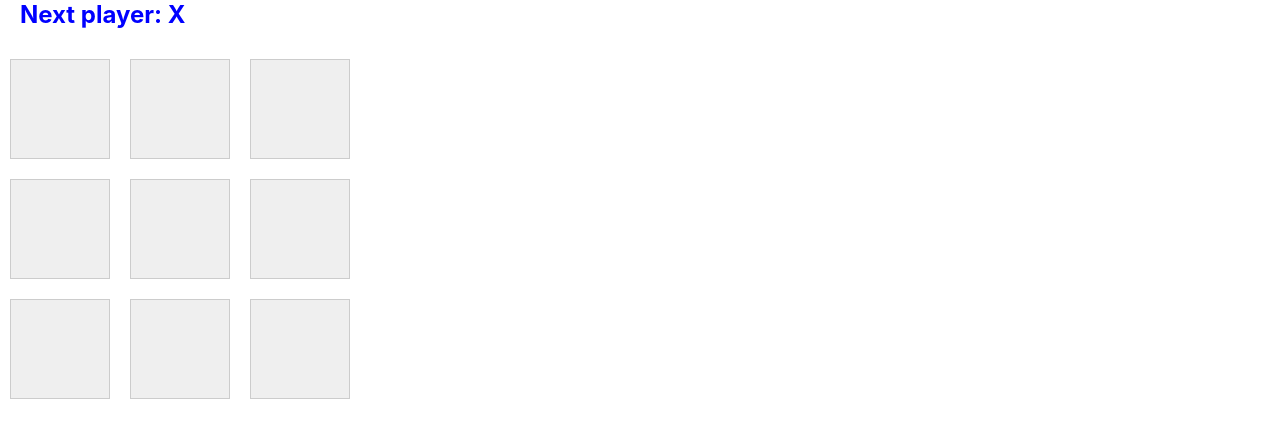
Repository: sedat-akdogan/React_Revision
Page: / (app in tic-tac-toe/)
The author's editor kept a copy of each file at every save. The page is drawn from the files as they stood at one save, then again after a run of saves.
The browser window is 1280 px wide. The pictures show the whole page.
The project was rebuilt for these pictures with package versions that can differ from the ones it lists, and the page was loaded fresh each time.

Above is the page before, as saved 2023-05-13 00:38:54.

### tic-tac-toe/src/index.css
body {
    margin: 0;
    font-family: -apple-system, BlinkMacSystemFont, 'Segoe UI', 'Roboto', 'Oxygen',
        'Ubuntu', 'Cantarell', 'Fira Sans', 'Droid Sans', 'Helvetica Neue',
        sans-serif;
    -webkit-font-smoothing: antialiased;
    -moz-osx-font-smoothing: grayscale;
}

code {
    font-family: source-code-pro, Menlo, Monaco, Consolas, 'Courier New',
        monospace;
}

.square {
    width: 100px;
    height: 100px;
    font-size: 24px;
    border: 1px solid #ccc;
    display: inline-block;
    justify-content: center;
    align-items: center;
}

.board-row {
    display: flex;
}

.board-row .square {
    margin: 10px;
}

.board-row:last-child .square {
    margin-bottom: 0;
}

.status {
    color: blue;
    font-size: 24px;
    margin-bottom: 20px;
    margin-left: 20px;
    font-weight: bold;
}

### tic-tac-toe/src/App.js
import { useState } from 'react';


function Square({ value, onSquareClick }) {
    return (
        <button className="square" onClick={onSquareClick}>
            {value}
        </button>
    );
}

export default function Board() {
    const [xIsNext, setXIsNext] = useState(true);
    const [squares, setSquares] = useState(Array(9).fill(null));

    function handleClick(i) {
        if (squares[i] || calculateWinner(squares)) {
            return;
        }
        const nextSquares = squares.slice();
        if (xIsNext) {
            nextSquares[i] = 'X';
        } else {
            nextSquares[i] = 'O';
        }
        setSquares(nextSquares);
        setXIsNext(!xIsNext);
    }

    const winner = calculateWinner(squares);
    let status;
    if (winner) {
        status = "Winner: " + winner;
    } else {
        status = "Next player: " + (xIsNext ? "X" : "O");
    }

    return (
        <>
            <div className="status">{status}</div>
            <div className="board-row">
                <Square value={squares[0]} onSquareClick={() => handleClick(0)} />
                <Square value={squares[1]} onSquareClick={() => handleClick(1)} />
                <Square value={squares[2]} onSquareClick={() => handleClick(2)} />
            </div>
            <div className="board-row">
                <Square value={squares[3]} onSquareClick={() => handleClick(3)} />
                <Square value={squares[4]} onSquareClick={() => handleClick(4)} />
                <Square value={squares[5]} onSquareClick={() => handleClick(5)} />
            </div>
            <div className="board-row">
                <Square value={squares[6]} onSquareClick={() => handleClick(6)} />
                <Square value={squares[7]} onSquareClick={() => handleClick(7)} />
                <Square value={squares[8]} onSquareClick={() => handleClick(8)} />
            </div>
        </>
    );
}

function calculateWinner(squares) {
    const lines = [
        [0, 1, 2],
        [3, 4, 5],
        [6, 7, 8],
        [0, 3, 6],
        [1, 4, 7],
        [2, 5, 8],
        [0, 4, 8],
        [2, 4, 6]
    ];
    for (let i = 0; i < lines.length; i++) {
        const [a, b, c] = lines[i];
        if (squares[a] && squares[a] === squares[b] && squares[a] === squares[c]) {
            return squares[a];
        }
    }
    return null;
}

Loaded but not shown: tic-tac-toe/public/index.html (common file); tic-tac-toe/src/index.js (common file); tic-tac-toe/src/reportWebVitals.js (common file)

After the next 2 saves:
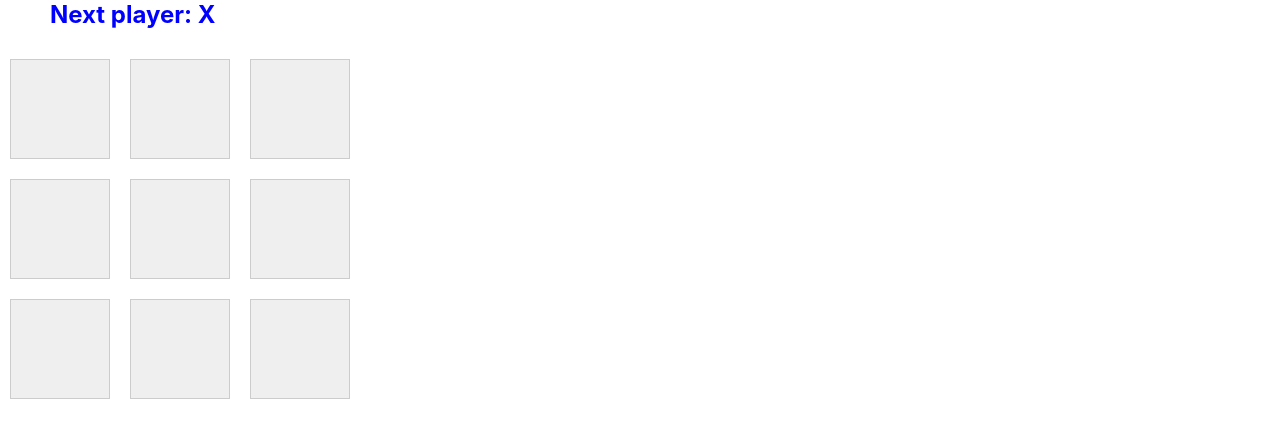
The 2 saves are shown as one change because they came seconds apart.
The last was saved 20 s later.
--- a/tic-tac-toe/src/index.css
+++ b/tic-tac-toe/src/index.css
@@ -38,6 +38,6 @@ code {
     color: blue;
     font-size: 24px;
     margin-bottom: 20px;
-    margin-left: 20px;
+    margin-left: 50px;
     font-weight: bold;
 }
